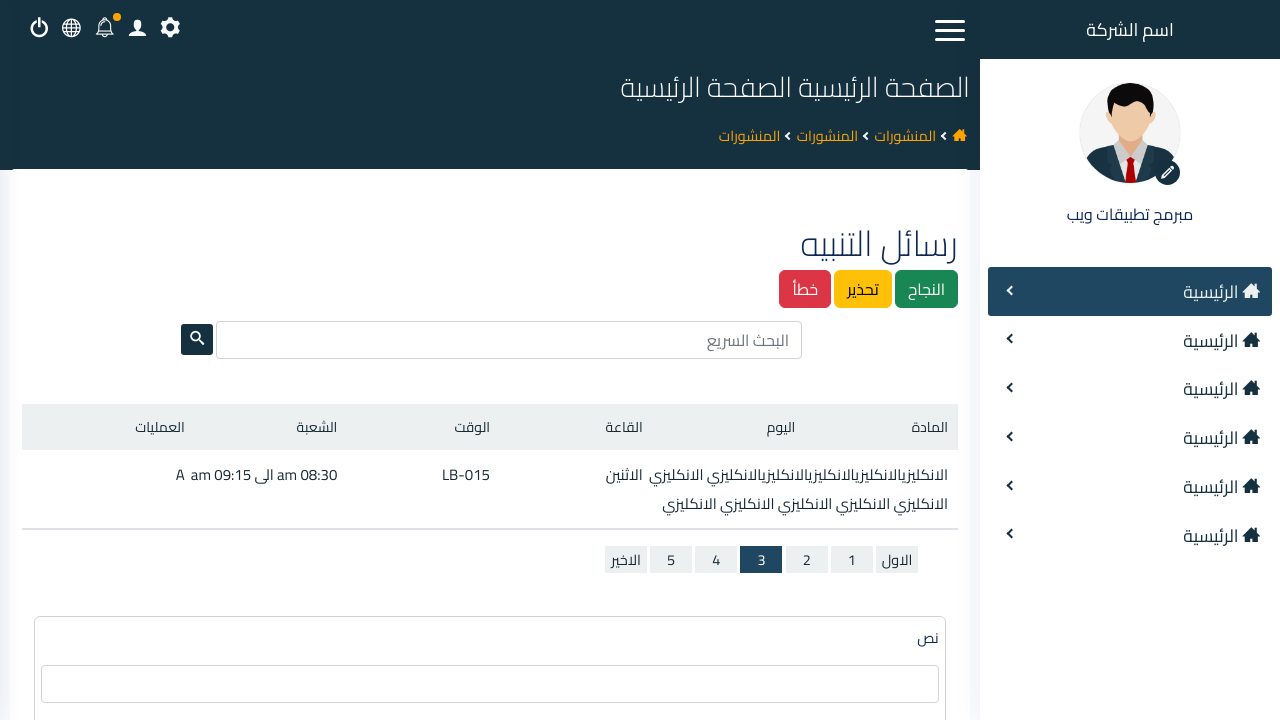
Repository: MohammedKhairi/dashboard-frontend
Page: index.html
These files come from the project's save history. The page is drawn as it stood at one moment and after the next save; the edit follows.
The browser window is 1280 px wide. The pictures show the whole page.
An inner scrolling area shows only its first screen.

Above is the page before, as saved 2023-09-01 10:55:52.

After the next save:
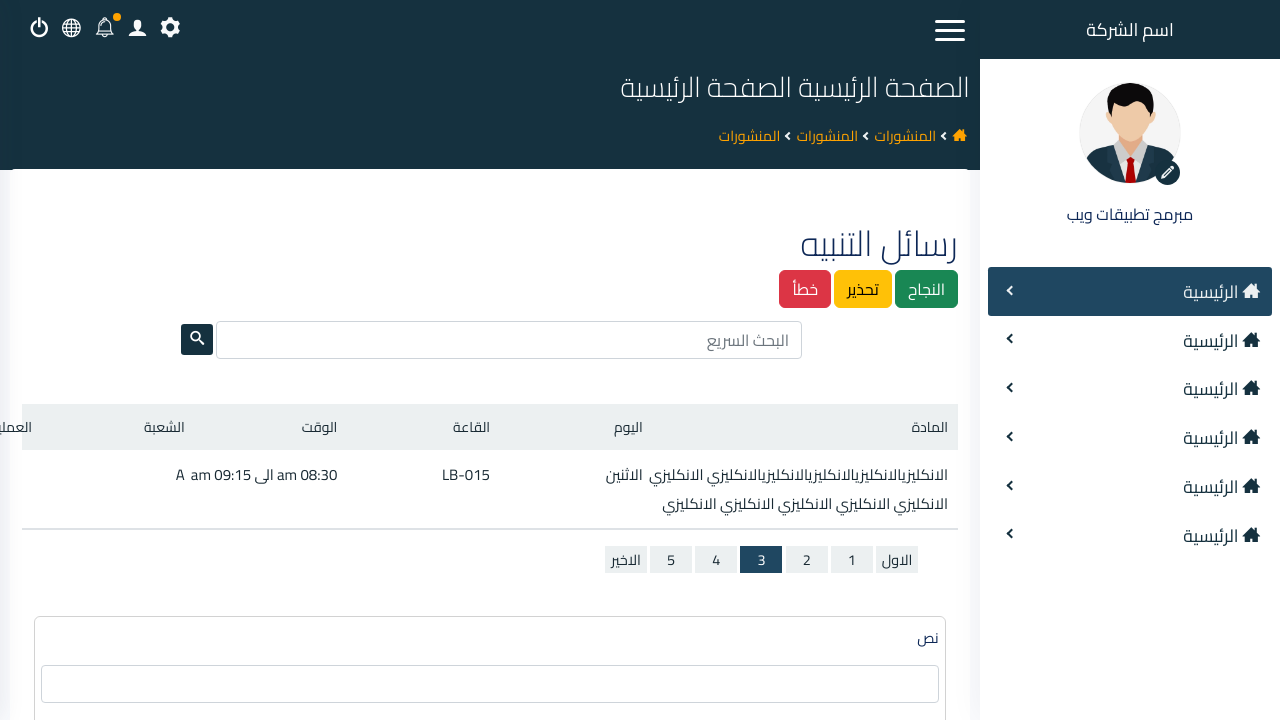
Saved 4 s later.
--- a/index.html
+++ b/index.html
@@ -255,7 +255,7 @@
                         <!--End Search bar -->
                         <ul class="responsive-table2 fmedium my-2">
                             <li class="table-header">
-                                <div class="col col-2">المادة</div>
+                                <div class="col col-4">المادة</div>
                                 <div class="col col-2">اليوم</div>
                                 <div class="col col-2">القاعة</div>
                                 <div class="col col-2">الوقت</div>
